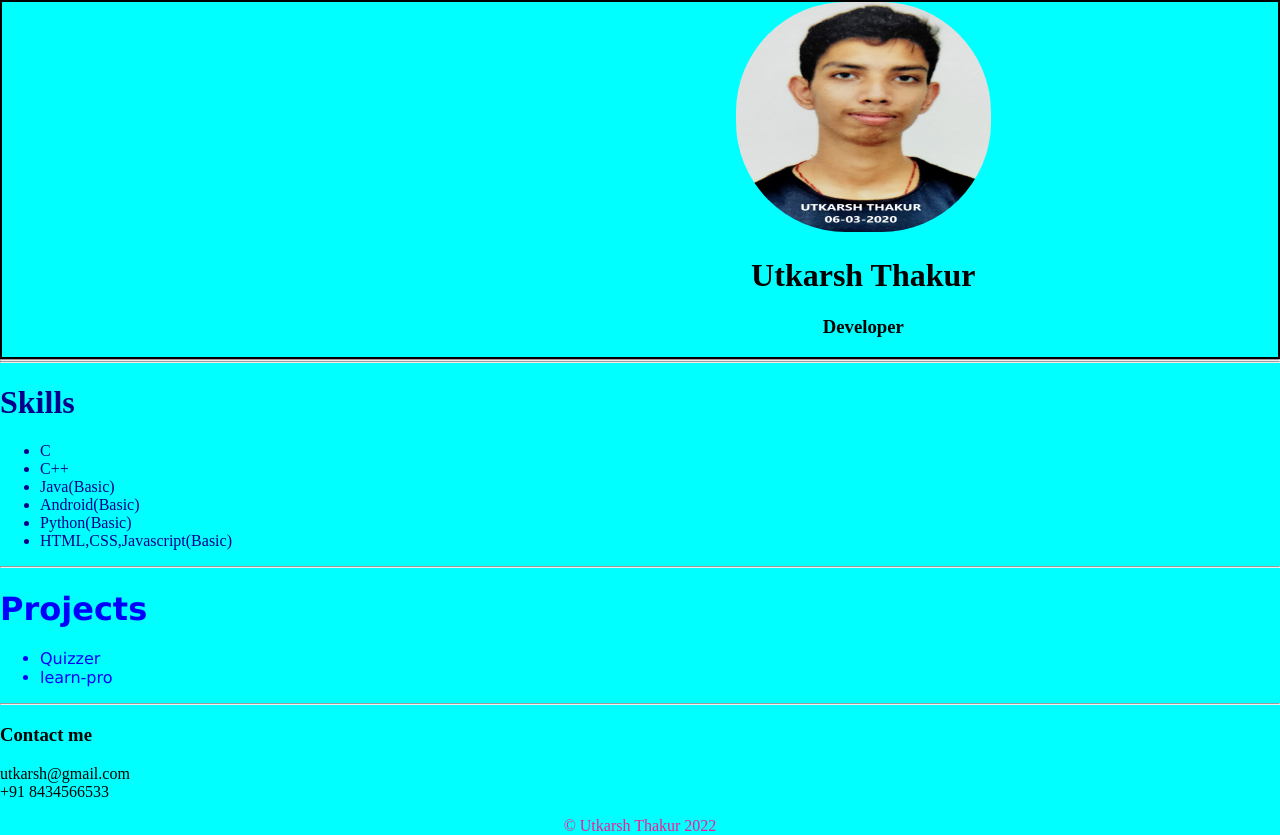
Repository: UtkarshThakur321/Utkarsh-Thakur-Profile
Page: index.html
These files come from the project's save history. The page is drawn as it stood at one moment and after the next save; the edit follows.
The browser window is 1280 px wide. The pictures show the whole page.

Above is the page before, as saved 2022-01-18 22:19:02.
Not found: main.js

### index.html
<!DOCTYPE html>
<html>
<head>
    <meta charset='utf-8'>
    <meta http-equiv='X-UA-Compatible' content='IE=edge'>
    <title>Page Title</title>
    <meta name='viewport' content='width=device-width, initial-scale=1'>
    <link rel='stylesheet' type='text/css' media='screen' href="index.css">
    <script src='main.js'></script>
</head>
<body>
    <div id="main">
    <!-- <div id="nav">
        <h1>My Resume</h1>
    </div> -->
    <center>
        <div id="intro">
            <div id="profileImage">
                 <img src="main3.jpg" alt="DP_Utkarsh__Thakur"
                 width="180" height="170">
            </div>
            <div id="profileName">
                <h1>Utkarsh Thakur</h1>
                <h3>Developer</h3>
            </div>

            <div>


             </div>
        </div>
    </center>

    <hr>


    <hr>

    <div id="skills">
        <h1>Skills</h1>
        <ul>
            <li>C</li>
            <li>C++</li>
            <li>Java(Basic)</li>
            <li>Android(Basic)</li>
            <li>Python(Basic)</li>
            <li>HTML,CSS,Javascript(Basic)</li>
        </ul>
    </div>

    <hr>
    <div id="projects">
        <h1>Projects</h1>
        <ul>
            <li>Quizzer</li>
            <li>learn-pro</li>
        </ul>
    </div>
    <hr>

    <div id="footer">
        <h3>Contact me</h3>
        <p>
            utkarsh@gmail.com<br>
            +91 8434566533

        </p>
            <div id="copyright">
         &copy; Utkarsh Thakur 2022
            </div>
        </div>
    </div>



</body>
</html>

### index.css
body{
    width:100%;
    margin:0px;
    background-color:aqua

}
#intro{
    border:2px solid black;

}

#profileImage>img{
    height:230px;
    width:20%;
    border-radius: 110px;
    margin-left:35%;

}
#profileName{
    margin-left:35%;
}

#profileName>h3{

}

.intro{
    color:brown;

}

#image{
    width:50%;
}

hr{
    margin:0px;
}

#nav{
    height:50px;
    display:content;
    text-align: center;
    font-weight: 900;
    color:black;}
    /* text-align: center;
    font-family: Verdana, Geneva, Tahoma, sans-serif;
} */

#skills{
    color:darkblue;
    font-weight: 400;

}

#projects{
    font-family: Verdana, Geneva, Tahoma, sans-serif;
    color:blue;
}


/* #footer{
    text-align: center;
} */
#copyright{
    text-align: center;
    color:deeppink
}

After the next save:
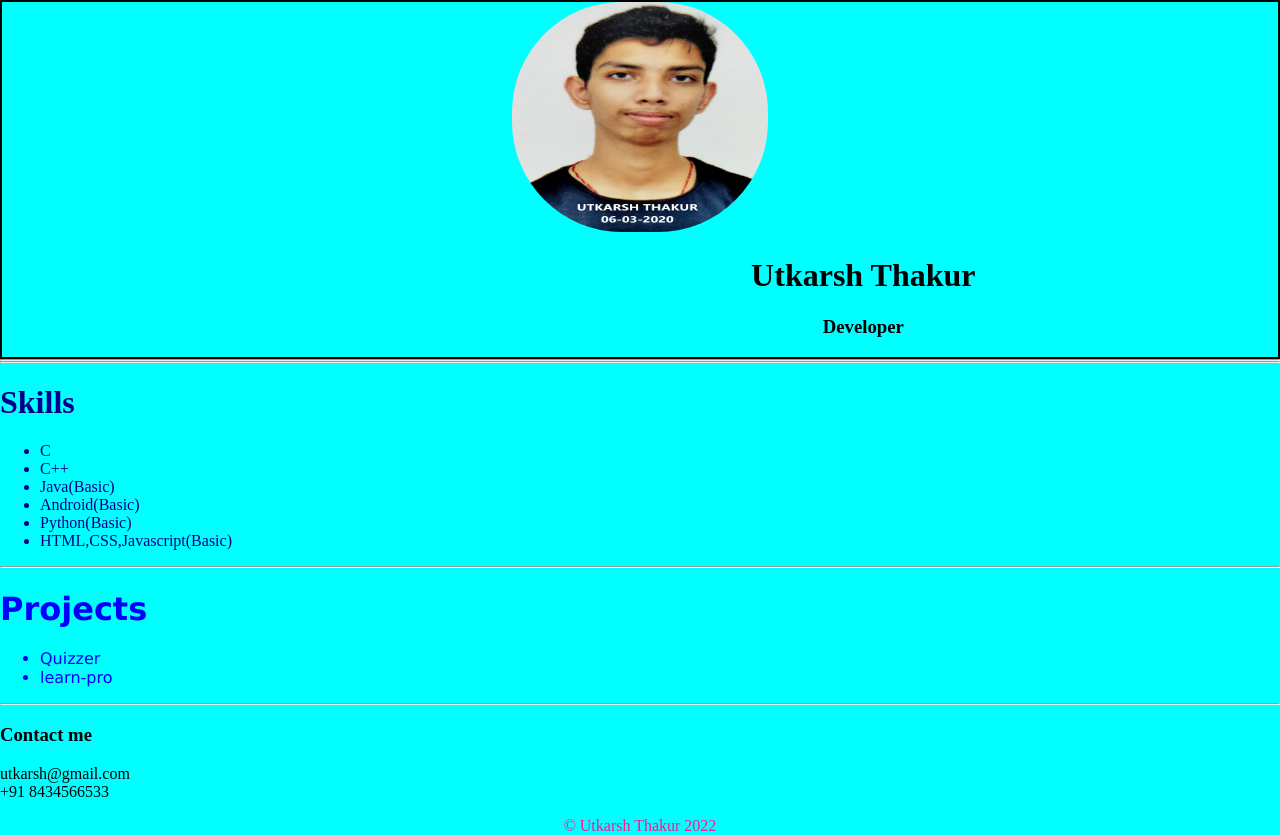
Saved 8 s later.
--- a/index.css
+++ b/index.css
@@ -13,7 +13,7 @@ body{
     height:230px;
     width:20%;
     border-radius: 110px;
-    margin-left:35%;
+    /* margin-left:35%; */
 
 }
 #profileName{
